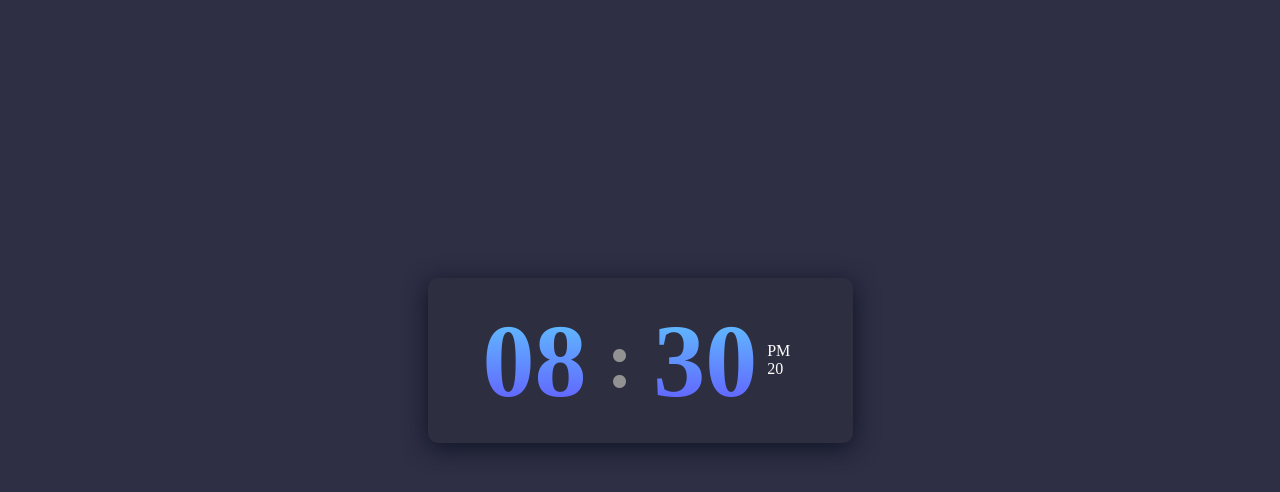
Repository: QUANGTHAI2003/digital-clock
Page: index.html
The author's editor kept a copy of each file at every save. The page is drawn from the files as they stood at one save, then again after the next save.
The browser window is 1280 px wide. The pictures show the whole page.

Above is the page before, as saved 2022-03-26 19:59:12.

### index.html
<!DOCTYPE html>
<html lang="en">
    <head>
        <meta charset="UTF-8" />
        <meta http-equiv="X-UA-Compatible" content="IE=edge" />
        <meta name="viewport" content="width=device-width, initial-scale=1.0" />
        <title>Digital-Clock</title>
        <link rel="stylesheet" href="style.css" />
        <link rel="stylesheet" href="https://unicons.iconscout.com/release/v4.0.0/css/line.css" />
    </head>
    <body>
        <div class="digital-clock">
            <div class="time">
                <span class="hour">08</span>
                <span class="dots">:</span>
                <span class="minutes">30</span>
                <div class="right-side">
                    <span class="period">PM</span>
                    <span class="seconds">20</span>
                </div>
            </div>
        </div>
    </body>
</html>

### style.css
@import url('https://fonts.googleapis.com/css2?family=Poppins:ital,wght@0,100;0,200;0,300;0,400;0,500;0,600;0,700;0,800;0,900;1,100;1,200;1,300;1,400;1,500;1,600;1,700;1,800;1,900&display=swap');

* {
    margin: 0;
    padding: 0;
    box-sizing: border-box;
    font-family: 'Poppins'sans-serif;
}

body {
    min-height: 100vh;
    display: flex;
    justify-content: center;
    align-items: center;
    background: #2e2e44;
}

.digital-clock {
    position: relative;
    color: #fff;
    background: #2d2f41;
    width: 425px;
    padding: 20px 45px;
    box-shadow: 0 5px 25px rgba(14, 21, 37, 08);
    border-radius: 10px;
    display: flex;
    justify-content: center;
    align-items: center;
}

.time {
    position: relative;
    display: flex;
    justify-content: center;
    align-items: center;
}

.hour,
.dots,
.minutes {
    display: flex;
    justify-content: center;
    align-items: center;
    font-weight: 600;
    padding: 0 10px;
    line-height: 125px;
}

.hour,
.minutes {
    font-size: 6.5em;
    width: 125px;
}

.dots {
    font-size: 5em;
    color: #929292;
}

.hour {
    background: -webkit-linear-gradient(90deg, #634dff, #5fd4ff);
    -webkit-text-fill-color: transparent;
    -webkit-background-clip: text;
}

.minutes {
    background: -webkit-linear-gradient(90deg, #ff5e9a, I#ffb960);
    background: -webkit-linear-gradient(90deg, #634dff, #5fd4ff);
    -webkit-text-fill-color: transparent;
    -webkit-background-clip: text;
}

After the next save:
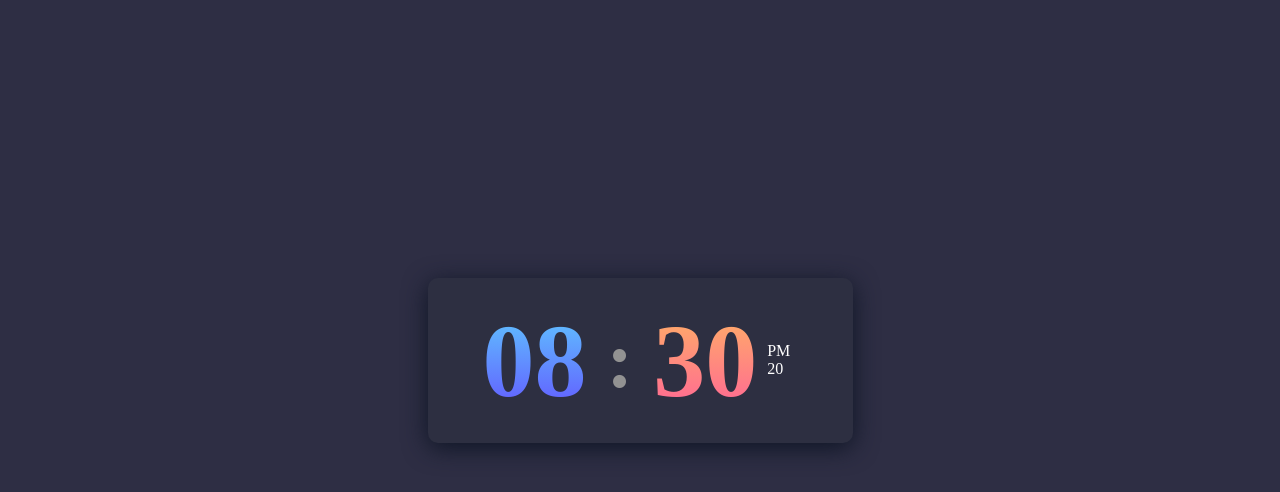
Saved 14 s later.
--- a/style.css
+++ b/style.css
@@ -64,8 +64,7 @@ body {
 }
 
 .minutes {
-    background: -webkit-linear-gradient(90deg, #ff5e9a, I#ffb960);
-    background: -webkit-linear-gradient(90deg, #634dff, #5fd4ff);
+    background: -webkit-linear-gradient(90deg, #ff5e9a, #ffb960);
     -webkit-text-fill-color: transparent;
     -webkit-background-clip: text;
 }
